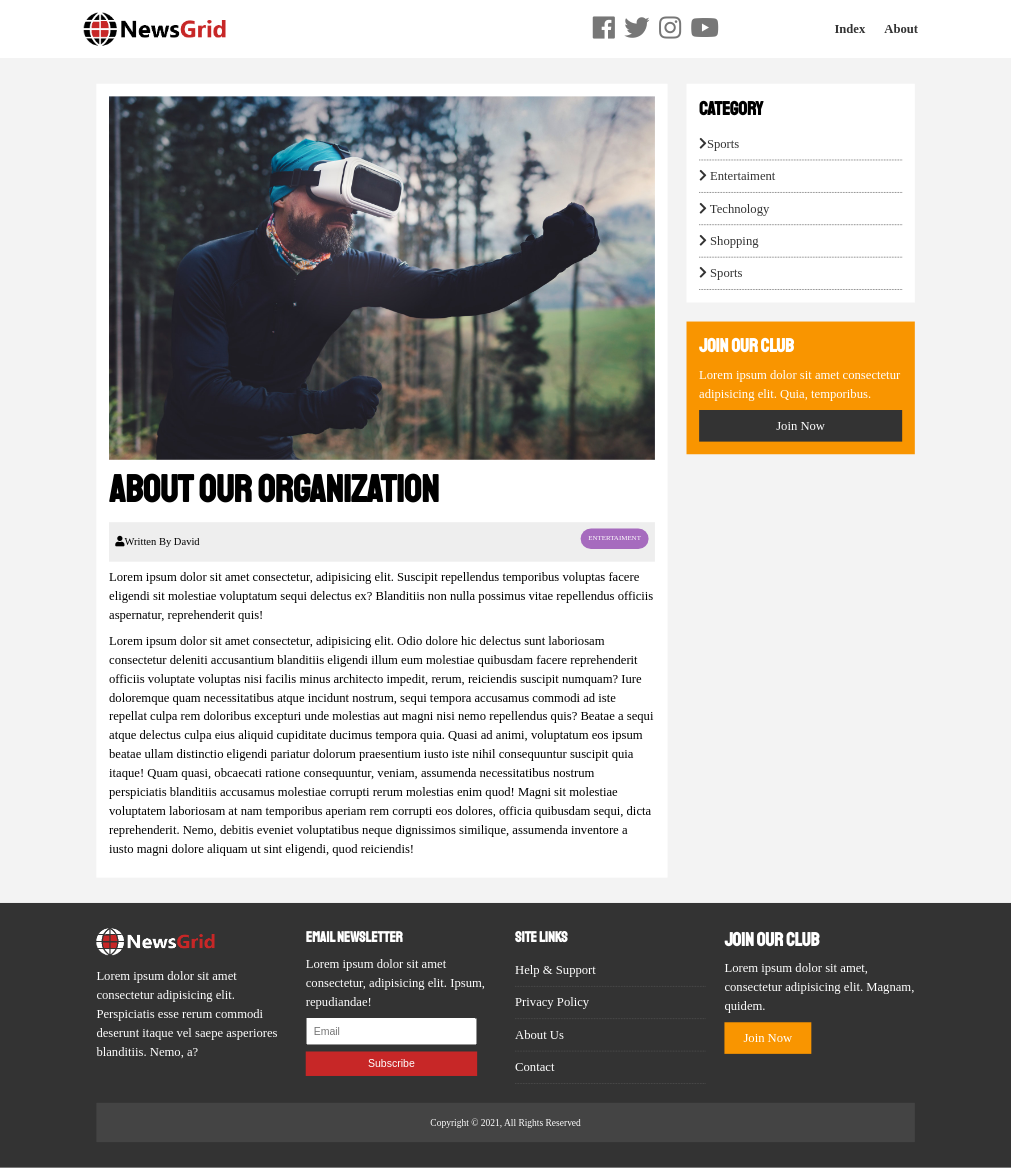
Repository: minhtien9/newsgrid
Page: article.html
An editor plug-in stored every save of this project. The page is shown before and after the next save, followed by the edit.
The browser window is 1280 px wide. The pictures show the whole page, at 79% of full size.
Some web libraries are served in a nearby version.

Above is the page before, as saved 2021-08-26 12:18:58.

### article.html
<!DOCTYPE html>
<html lang="en">
  <head>
    <meta charset="UTF-8" />
    <meta name="viewport" content="width=device-width, initial-scale=1.0" />
    <meta http-equiv="X-UA-Compatible" content="ie=edge" />
    <link
      rel="stylesheet"
      href="https://use.fontawesome.com/releases/v5.6.3/css/all.css"
      integrity="sha384-UHRtZLI+pbxtHCWp1t77Bi1L4ZtiqrqD80Kn4Z8NTSRyMA2Fd33n5dQ8lWUE00s/"
      crossorigin="anonymous"
    />
    <link
      href="https://fonts.googleapis.com/css2?family=Lato&family=Staatliches&display=swap"
      rel="stylesheet"
    />
    <link rel="stylesheet" href="css/style.css" />
    <link
      rel="stylesheet"
      media="screen and (max-width: 768px)"
      href="css/mobile.css"
    />
    <link rel="shortcut icon" type="image/x-icon" href="favicon.ico" />
    <title>NewsGrid | Latest News</title>
  </head>

  <body>
    <nav id="main-nav">
      <div class="container">
        <img src="img/logo.png" alt="NewsGrid" class="logo" />
        <div class="social">
          <a href="http://facebook.com" target="_blank"
            ><i class="fab fa-facebook fa-2x"></i
          ></a>
          <a href="http://twitter.com" target="_blank"
            ><i class="fab fa-twitter fa-2x"></i
          ></a>
          <a href="http://instagram.com" target="_blank"
            ><i class="fab fa-instagram fa-2x"></i
          ></a>
          <a href="http://youtube.com" target="_blank"
            ><i class="fab fa-youtube fa-2x"></i
          ></a>
        </div>
        <ul>
          <li><a href="index.html">Index</a></li>
          <li><a href="about.html">About</a></li>
        </ul>
      </div>
    </nav>

    <section id="article">
      <div class="container">
        <div class="page-container">
          <article class="card">
            <img src="img/articles/ent1.jpg" alt="" />
            <h1 class="l-heading">About Our Organization</h1>
            <div class="meta">
              <small> <i class="fas fa-user"></i>Written By David </small>
              <div class="category category-ent">Entertaiment</div>
            </div>
            <p>
              Lorem ipsum dolor sit amet consectetur, adipisicing elit. Suscipit
              repellendus temporibus voluptas facere eligendi sit molestiae
              voluptatum sequi delectus ex? Blanditiis non nulla possimus vitae
              repellendus officiis aspernatur, reprehenderit quis!
            </p>
            <p>
              Lorem ipsum dolor sit amet consectetur, adipisicing elit. Odio
              dolore hic delectus sunt laboriosam consectetur deleniti
              accusantium blanditiis eligendi illum eum molestiae quibusdam
              facere reprehenderit officiis voluptate voluptas nisi facilis
              minus architecto impedit, rerum, reiciendis suscipit numquam? Iure
              doloremque quam necessitatibus atque incidunt nostrum, sequi
              tempora accusamus commodi ad iste repellat culpa rem doloribus
              excepturi unde molestias aut magni nisi nemo repellendus quis?
              Beatae a sequi atque delectus culpa eius aliquid cupiditate
              ducimus tempora quia. Quasi ad animi, voluptatum eos ipsum beatae
              ullam distinctio eligendi pariatur dolorum praesentium iusto iste
              nihil consequuntur suscipit quia itaque! Quam quasi, obcaecati
              ratione consequuntur, veniam, assumenda necessitatibus nostrum
              perspiciatis blanditiis accusamus molestiae corrupti rerum
              molestias enim quod! Magni sit molestiae voluptatem laboriosam at
              nam temporibus aperiam rem corrupti eos dolores, officia quibusdam
              sequi, dicta reprehenderit. Nemo, debitis eveniet voluptatibus
              neque dignissimos similique, assumenda inventore a iusto magni
              dolore aliquam ut sint eligendi, quod reiciendis!
            </p>
          </article>

          <aside id="categories" class="card">
            <h2>Category</h2>
            <ul class="list">
              <li>
                <a href="#"><i class="fas fa-chevron-right"></i>Sports</a>
              </li>
              <li>
                <a href="#"
                  ><i class="fas fa-chevron-right"></i> Entertaiment</a
                >
              </li>
              <li>
                <a href="#"><i class="fas fa-chevron-right"></i> Technology</a>
              </li>
              <li>
                <a href="#"><i class="fas fa-chevron-right"></i> Shopping</a>
              </li>
              <li>
                <a href="#"><i class="fas fa-chevron-right"></i> Sports</a>
              </li>
            </ul>
          </aside>
          <aside class="card bg-secondary">
            <h2>Join Our Club</h2>
            <p>
              Lorem ipsum dolor sit amet consectetur adipisicing elit. Quia,
              temporibus.
            </p>
            <a href="#" class="btn btn-dark btn-block">Join Now</a>
          </aside>
        </div>
      </div>
    </section>
    <!-- Footer -->
    <footer id="main-footer" class="py-2">
      <div class="container footer-container">
        <div>
          <img src="img/logo_light.png" alt="NewsGrid" />
          <p>
            Lorem ipsum dolor sit amet consectetur adipisicing elit.
            Perspiciatis esse rerum commodi deserunt itaque vel saepe asperiores
            blanditiis. Nemo, a?
          </p>
        </div>
        <div>
          <h3>Email NewsLetter</h3>
          <p>
            Lorem ipsum dolor sit amet consectetur, adipisicing elit. Ipsum,
            repudiandae!
          </p>
          <form>
            <input type="email" placeholder="Email" />
            <input type="submit" value="Subscribe" class="btn btn-primary" />
          </form>
        </div>
        <div>
          <h3>Site Links</h3>
          <ul class="list">
            <li><a href="#">Help & Support</a></li>
            <li><a href="#">Privacy Policy</a></li>
            <li><a href="#">About Us</a></li>
            <li><a href="#">Contact</a></li>
          </ul>
        </div>
        <div>
          <h2>Join Our Club</h2>
          <p>
            Lorem ipsum dolor sit amet, consectetur adipisicing elit. Magnam,
            quidem.
          </p>
          <a href="#" class="btn btn-secondary">Join Now</a>
        </div>
        <div>
          <p>Copyright &copy; 2021, All Rights Reserved</p>
        </div>
      </div>
    </footer>
  </body>
</html>

### css/style.css
:root {
  --primary-color: #c72727;
  --secondary-color: #f99500;
  --light-color: #f3f3f3;
  --dark-color: #333;
  --max-width: 1100px;
}

.category {
  --sports-color: #f99500;
  --ent-color: #a66bbe;
  --tech-color: #009cff;
}

* {
  margin: 0;
  padding: 0;
  box-sizing: border-box;
}

body {
  font-family: 'Lato' sans-serif;
  line-height: 1.5;
  background: var(--light-color);
}

a {
  color: #333;
  text-decoration: none;
}

ul {
  list-style: none;
}
p {
  margin: 0.5rem 0;
}

img {
  width: 100%;
}

h1,
h2,
h3,
h4,
h5,
h6 {
  font-family: 'Staatliches', cursive;
  margin-bottom: 0.55rem;
  line-height: 1.3;
}

/* Utility */

.container {
  max-width: var(--max-width);
  margin: auto;
  padding: 0 2rem;
  overflow: hidden;
}

.category {
  display: inline-block;
  color: #fff;
  font-size: 0.55rem;
  text-transform: uppercase;
  padding: 0.4rem 0.6rem;
  border-radius: 15px;
  margin-bottom: 0.5rem;
}

.category-sports {
  background: var(--sports-color);
}

.category-ent {
  background: var(--ent-color);
}

.category-tech {
  background: var(--tech-color);
}

.btn {
  display: inline-block;
  border: none;
  background: var(--dark-color);
  color: #fff;
  padding: 0.5rem 1.5rem;
}

.btn-light {
  background: var(--light-color);
}

.btn-primary {
  background: var(--primary-color);
}

.btn-secondary {
  background: var(--secondary-color);
}

.btn-block {
  display: block;
  width: 100%;
  text-align: center;
}

.btn:hover {
  opacity: 0.9;
}

.card {
  background: #fff;
  padding: 1rem;
}

.bg-dark {
  background: var(--dark-color);
  color: #fff;
}

.bg-primary {
  background: var(--primary-color);
  color: #fff;
}

.bg-secondary {
  background: var(--secondary-color);
  color: #fff;
}

.bg-dark h1,
.bg-dark h2,
.bg-dark h3,
.bg-dark a,
.bg-primary h1,
.bg-primary h2,
.bg-primary h3,
.bg-primary a,
.bg-secondary h1,
.bg-secondary h2,
.bg-secondary h3,
.bg-secondary a {
  color: #fff;
}

.py-1 {
  padding: 1.5rem 0;
}

.py-2 {
  padding: 2rem 0;
}

.py-3 {
  padding: 3rem 0;
}

.p-1 {
  padding: 1.5rem;
}

.p-2 {
  padding: 2rem;
}

.p-3 {
  padding: 3rem;
}

.l-heading {
  font-size: 3rem;
}
.list li {
  padding: 0.5rem 0;
  border-bottom: 1px dotted #555;
}
.list li a:hover {
  color: var(--primary-color) !important;
}

/* Inner page grid container */

.page-container {
  display: grid;
  grid-template-columns: 5fr 2fr;
  margin: 2rem 0;
  grid-gap: 1.5rem;
}

.page-container > *:first-child {
  grid-row: 1 / span 3;
}
/* Navigation */

#main-nav {
  background: #fff;
  position: sticky;
  top: 0;
  z-index: 2;
}

#main-nav .container {
  display: grid;
  grid-template-columns: 6fr 3fr 2fr;
  padding: 1rem;
  align-items: center;
}

#main-nav .logo {
  width: 180px;
}

#main-nav ul {
  justify-self: end;
  display: flex;
}

#main-nav ul li a {
  padding: 0.75rem;
  font-weight: bold;
}

#main-nav ul li a.current {
  background: var(--primary-color);
  color: #fff;
}

#main-nav ul li a:hover {
  background: var(--light-color);
  color: var(--dark-color);
}

#main-nav .social {
  justify-self: center;
}

#main-nav .social i {
  color: #777;
  margin-right: 0.5rem;
}

/* Showcase */

#showcase {
  color: #fff;
  background: #333;
  padding: 2rem;
  position: relative;
}

#showcase:before {
  content: '';
  background: url('../img/featured.jpg') no-repeat center center/cover;
  position: absolute;
  top: 0;
  left: 0;
  width: 100%;
  height: 100%;
  opacity: 0.4;
}

#showcase .showcase-container {
  display: grid;
  grid-template-columns: repeat(2, 1fr);
  justify-content: center;
  align-items: center;
  height: 80vh;
}

#showcase .showcase-content {
  z-index: 1;
}

#showcase .showcase-content p {
  margin-bottom: 1rem;
}

/* Home Articles */

#home-articles .articles-container {
  display: grid;
  grid-template-columns: repeat(3, 1fr);
  grid-gap: 1rem;
}

#home-articles .articles-container > *:first-child,
#home-articles .articles-container > *:last-child {
  display: grid;
  grid-template-columns: repeat(2, 1fr);
  grid-gap: 1rem;
  grid-column: 1 / span 2;
  align-items: center;
}

#home-articles .articles-container > *:last-child {
  grid-column: 2 / span 2;
}

#article .meta {
  display: flex;
  justify-content: space-between;
  align-items: center;
  background: #eee;
  padding: 0.5rem;
}

/* Footer */

#main-footer {
  background: var(--dark-color);
  color: #fff;
}

#main-footer img {
  width: 150px;
}
#main-footer a {
  color: #fff;
}
#main-footer .footer-container {
  display: grid;
  grid-template-columns: repeat(4, 1fr);
  grid-gap: 1.5rem;
}
#main-footer .footer-container > *:last-child {
  background: #444;
  grid-column: 1 / span 4;
  padding: 0.5rem;
  text-align: center;
  font-size: 0.75rem;
}
#main-footer .footer-container input[type='email'] {
  width: 90%;
  padding: 0.5rem;
  margin-bottom: 0.5rem;
}
#main-footer .footer-container input[type='submit'] {
  width: 90%;
}

Loaded but not shown: css/mobile.css (no stored copy; drawn as an empty file)

After the next save:
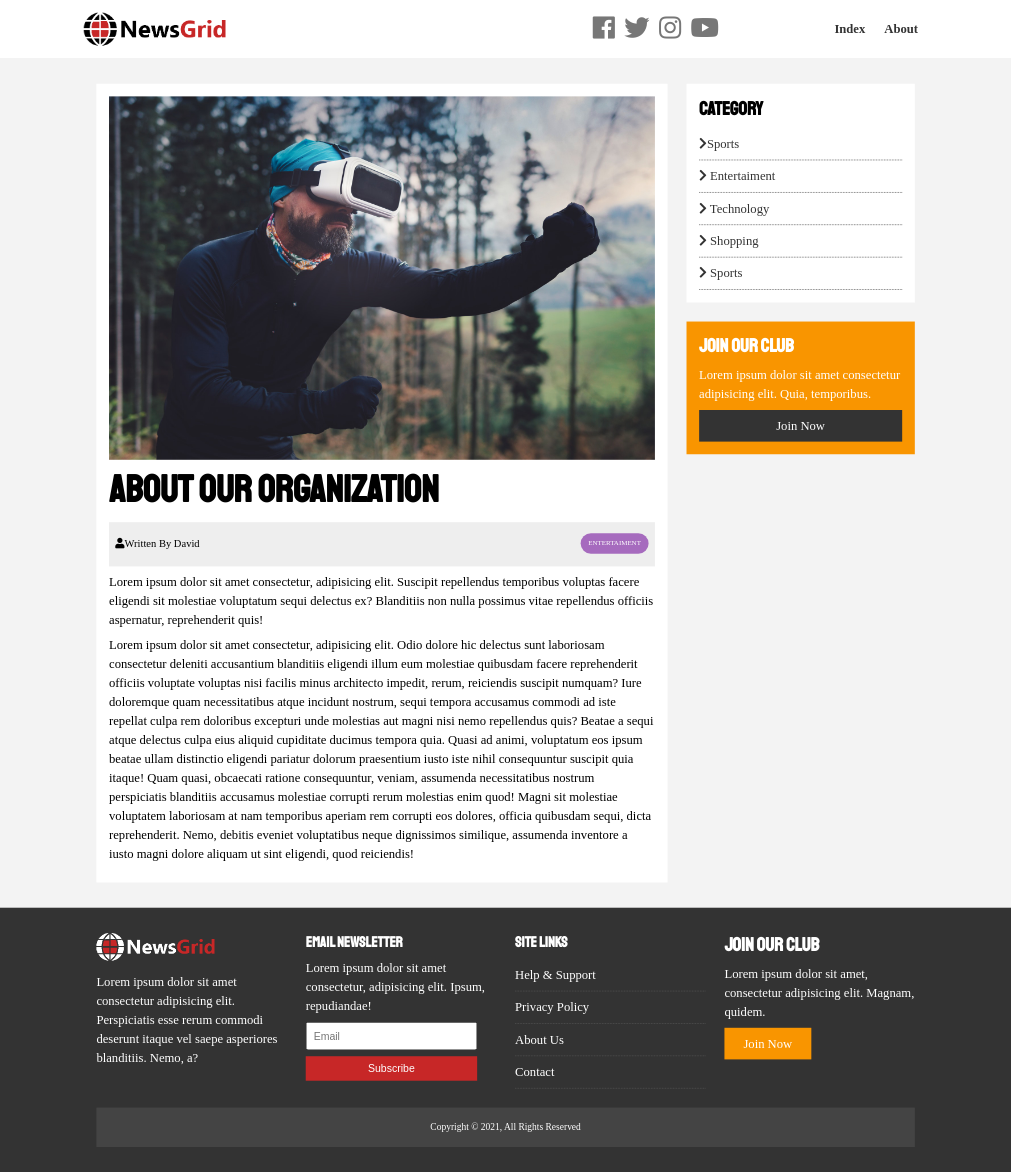
Saved 43 s later.
--- a/css/style.css
+++ b/css/style.css
@@ -307,6 +307,9 @@ h6 {
   background: #eee;
   padding: 0.5rem;
 }
+#article .meta .category {
+  margin-top: 0.4rem;
+}
 
 /* Footer */
 
